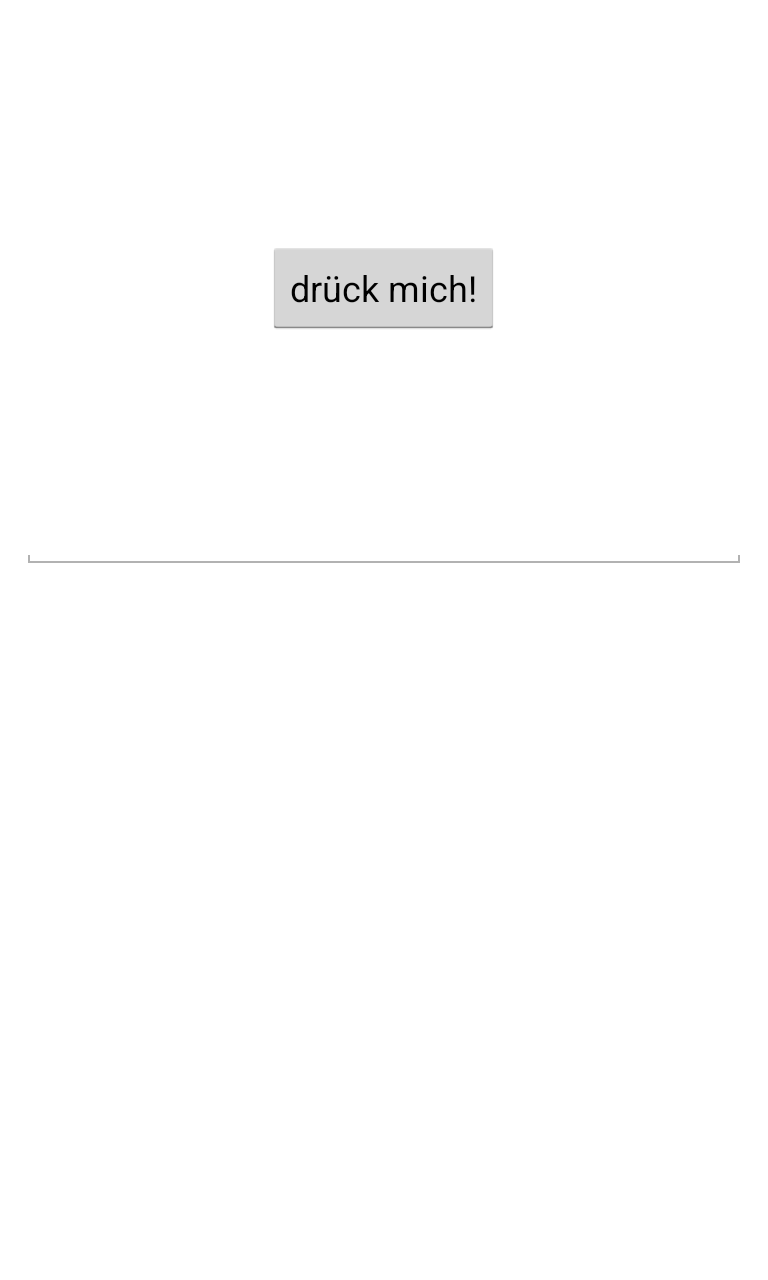
Repository: flashback2k12/ChristmasPresent
Layout: ChristmasPresent/res/layout/activity_first_coupon.xml
These files come from the project's save history. The layout is drawn as it stood at one moment and after the next save; the edit follows.
It is drawn on a 768 x 1280 px phone screen (xhdpi) without system bars, with theme AppTheme; the app's code is not run.

Above is the layout before, as saved 2012-12-18 18:52:55.

### ChristmasPresent/res/layout/activity_first_coupon.xml
<?xml version="1.0" encoding="utf-8"?>
<RelativeLayout xmlns:android="http://schemas.android.com/apk/res/android"
    android:layout_width="match_parent"
    android:layout_height="match_parent">

    <Button
        android:id="@+id/button1FC"
        android:layout_width="wrap_content"
        android:layout_height="wrap_content"
        android:layout_alignParentTop="true"
        android:layout_centerHorizontal="true"
        android:layout_marginTop="120dp"
        android:onClick="BtnFirstCoupon"
        android:text="@string/button_standard" />

    <EditText
        android:id="@+id/etGutschein1"
        android:layout_width="wrap_content"
        android:layout_height="wrap_content"
        android:layout_below="@+id/button1FC"
        android:layout_marginLeft="10dp"
        android:layout_marginRight="10dp"
        android:layout_marginTop="78dp"
        android:ems="30"
        android:inputType="textMultiLine" />

</RelativeLayout>

### ChristmasPresent/res/values-v11/styles.xml
<resources>

	<style  name="AppTheme" parent="android:Theme.Holo.Light" />

</resources>

### ChristmasPresent/res/values/strings.xml
<?xml version="1.0" encoding="utf-8"?>
<resources>

    <string name="app_name">Weihnachtsgeschenk</string>
    <string name="title_activity_main">Weihnachtsgeschenk</string><string name="menu_settings">Menü</string><string name="hello_schatz_z1">Ich wünsche dir alles liebe zum Weihnachtsfest mein Schatz. :-* </string>
    <string name="hello_schatz_z2">Ich hoffe, dass dir die nächsten Punkte gefallen werden!!! :-)</string>

    <string name="button_standard">drück mich!</string>
    <string name="button_zurueck">zurück :-*</string><string name="checkbox1">Gutschein 1</string>
    <string name="checkbox2">Gutschein 2</string>
    <string name="checkbox3">Gutschein 3</string>
    <string name="checkbox4">Gutschein 4</string>
    <string name="checkbox5">Gutschein 5</string>
    <string name="gutschein1">Ein Gutschein für einen Kinobesuch deiner Wahl!</string>
    <string name="gutschein2">Ein Gutschein zum Essen gehen deiner Wahl!</string>
    <string name="gutschein3">Ein Gutschein für eine Massage!</string>
    <string name="gutschein4">Ein Gutschein für ein Candlelight Dinner!</string>
    <string name="gutschein5">Ein Gutschein für 4 Knutsch-Fotos im Passbildautomat (Ecke Löffelfamilie)!</string>


</resources>

Loaded but not shown: ChristmasPresent/res/values-v14/styles.xml (common file); ChristmasPresent/res/values/styles.xml (common file)

After the next save:
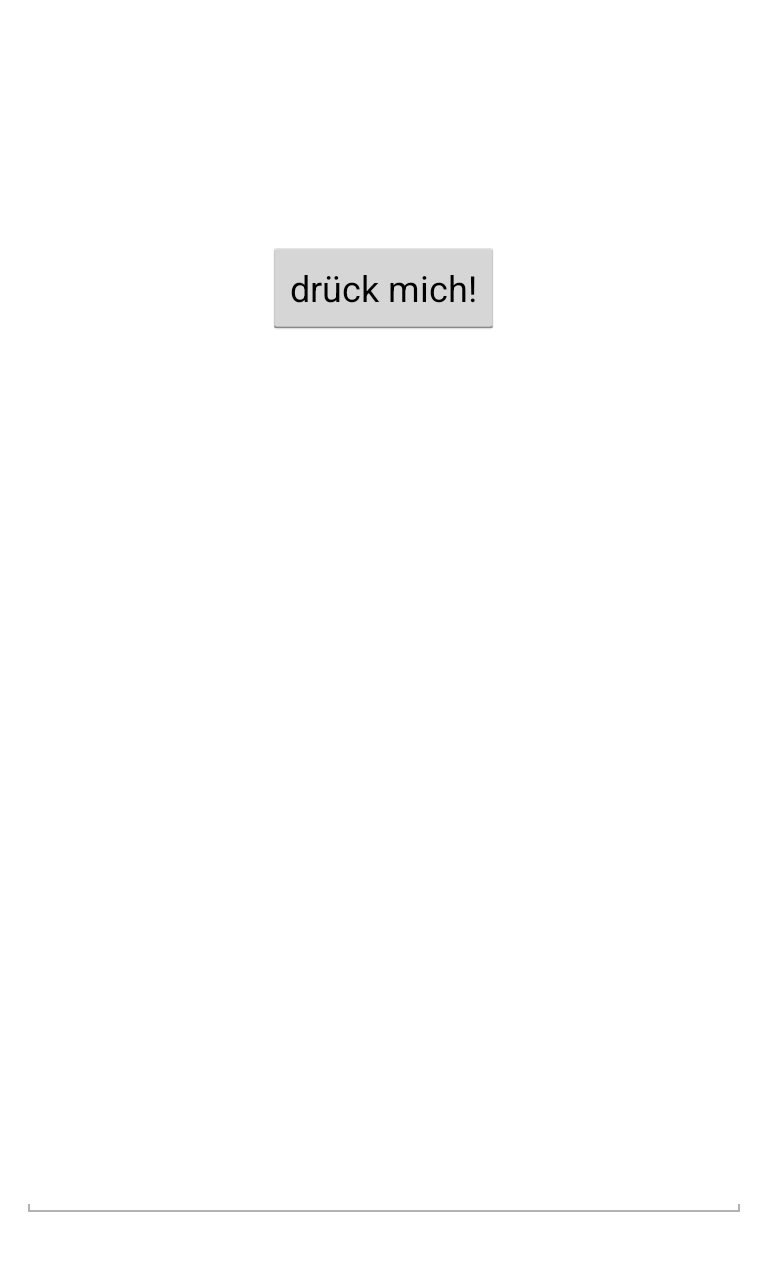
Saved 41 s later.
--- a/ChristmasPresent/res/layout/activity_first_coupon.xml
+++ b/ChristmasPresent/res/layout/activity_first_coupon.xml
@@ -16,8 +16,9 @@
     <EditText
         android:id="@+id/etGutschein1"
         android:layout_width="wrap_content"
-        android:layout_height="wrap_content"
+        android:layout_height="fill_parent"
         android:layout_below="@+id/button1FC"
+        android:layout_marginBottom="30dp"
         android:layout_marginLeft="10dp"
         android:layout_marginRight="10dp"
         android:layout_marginTop="78dp"
